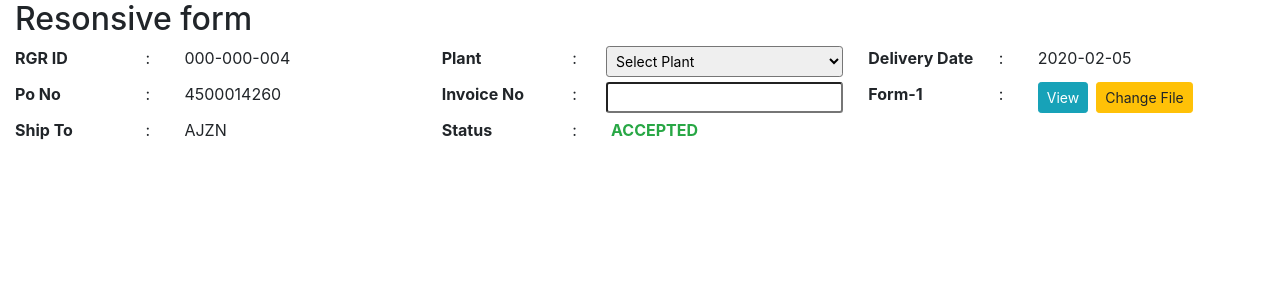
Repository: karthikairasu/Others_work
Page: form.html
These files come from the project's save history. The page is drawn as it stood at one moment and after the next save; the edit follows.
The browser window is 1280 px wide. The pictures show the whole page.

Above is the page before, as saved 2020-06-28 20:11:29.

### form.html
<!DOCTYPE html>
<html lang="en">
  <head>
    <title>Bootstrap Example</title>
    <meta charset="utf-8" />
    <meta name="viewport" content="width=device-width, initial-scale=1" />
    <link
      rel="stylesheet"
      href="https://maxcdn.bootstrapcdn.com/bootstrap/4.5.0/css/bootstrap.min.css"
    />
    <script src="https://ajax.googleapis.com/ajax/libs/jquery/3.5.1/jquery.min.js"></script>
    <script src="https://cdnjs.cloudflare.com/ajax/libs/popper.js/1.16.0/umd/popper.min.js"></script>
    <script src="https://maxcdn.bootstrapcdn.com/bootstrap/4.5.0/js/bootstrap.min.js"></script>
  </head>
  <body>
    <div class="container-fluid">
      <h2>Resonsive form</h2>
      <form class="" action="">
        <div class="row">
          <div class="col-md-4 col-sm-6 col-12 col-push-4">
            <div class="form-row">
              <label class="col-md-4 col-sm-4 col-4"><b>RGR ID</b></label>
              <label class="col-md-1 col-sm-1 col-1 px-0">:</label>
              <label class="col-md-7 col-sm-7 col-7" id="RGR_ID"
                >000-000-004
              </label>
            </div>
            <div class="form-row py-1">
              <label class="col-md-4 col-sm-4 col-4"><b>Po No</b></label>
              <label class="col-md-1 col-sm-1 col-1 px-0">:</label>
              <label class="col-md-7 col-sm-7 col-7" id="Po_No"
                >4500014260
              </label>
            </div>
            <div class="form-row">
              <label class="col-md-4 col-sm-4 col-4"><b>Ship To</b></label>
              <label class="col-md-1 col-sm-1 col-1 px-0">:</label>
              <label class="col-md-7 col-sm-7 col-7" id="Ship_To">AJZN </label>
            </div>
          </div>
          <div class="col-md-4 col-sm-6 col-12 col-pull-4">
            <div class="form-row">
              <label class="col-md-4 col-sm-4 col-4"><b>Plant</b></label>
              <label class="col-md-1 col-sm-1 col-1 px-0">:</label>
              <select
                class="form-control-sm col-md-7 col-sm-7 col-7"
                name="plant"
                style="width: 60%;"
                required=""
              >
                <option value="">Select Plant</option>

                <option value="Riyadh">Riyadh</option>

                <option value="Jeddha">Jeddha</option>

                <option value="Dammam">Dammam</option>

                <option value="PMAH ">PMAH </option>
              </select>
            </div>
            <div class="form-row py-1">
              <label class="col-md-4 col-sm-4 col-4"><b>Invoice No</b></label>
              <label class="col-md-1 col-sm-1 col-1 px-0">:</label>
              <input
                type="text"
                class="form-control-sm col-md-7 col-sm-7 col-7"
                id="Invoice_No"
              />
            </div>
            <div class="form-row">
              <label class="col-md-4 col-sm-4 col-4"><b>Status</b></label>
              <label class="col-md-1 col-sm-1 col-1 px-0">:</label>
              <label class="col-md-7 col-sm-7 col-7 text-success" id="Status"
                ><b>ACCEPTED</b></label
              >
            </div>
          </div>
          <div class="col-md-4 col-sm-6 col-12">
            <div class="form-row">
              <label class="col-md-4 col-sm-4 col-4"
                ><b>Delivery Date</b></label
              >
              <label class="col-md-1 col-sm-1 col-1 px-0">:</label>
              <label class="col-md-7 col-sm-7 col-7" id="Delivery Date"
                >2020-02-05
              </label>
            </div>
            <div class="form-row py-1">
              <label class="col-md-4 col-sm-4 col-4"><b>Form-1</b></label>
              <label class="col-md-1 col-sm-1 col-1 px-0">:</label>
              <label class="col-md-7 col-sm-7 col-7 d-flex" id="form_1">
                <button class="btn btn-info btn-sm">View</button>&ensp;
                <button class="btn btn-warning btn-sm">Change File</button>
              </label>
            </div>
          </div>
        </div>
      </form>
    </div>
  </body>
</html>

After the next save:
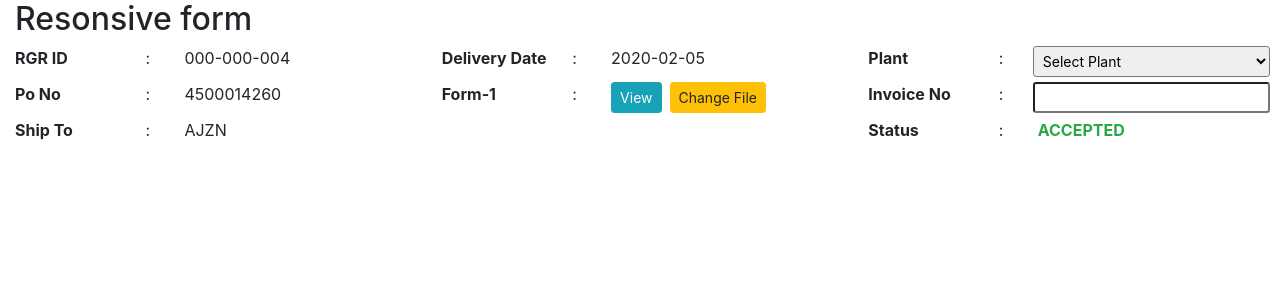
Saved 72 s later.
--- a/form.html
+++ b/form.html
@@ -38,7 +38,7 @@
               <label class="col-md-7 col-sm-7 col-7" id="Ship_To">AJZN </label>
             </div>
           </div>
-          <div class="col-md-4 col-sm-6 col-12 col-pull-4">
+          <div class="col-md-4 col-sm-6 col-12 order-first order-md-last">
             <div class="form-row">
               <label class="col-md-4 col-sm-4 col-4"><b>Plant</b></label>
               <label class="col-md-1 col-sm-1 col-1 px-0">:</label>
